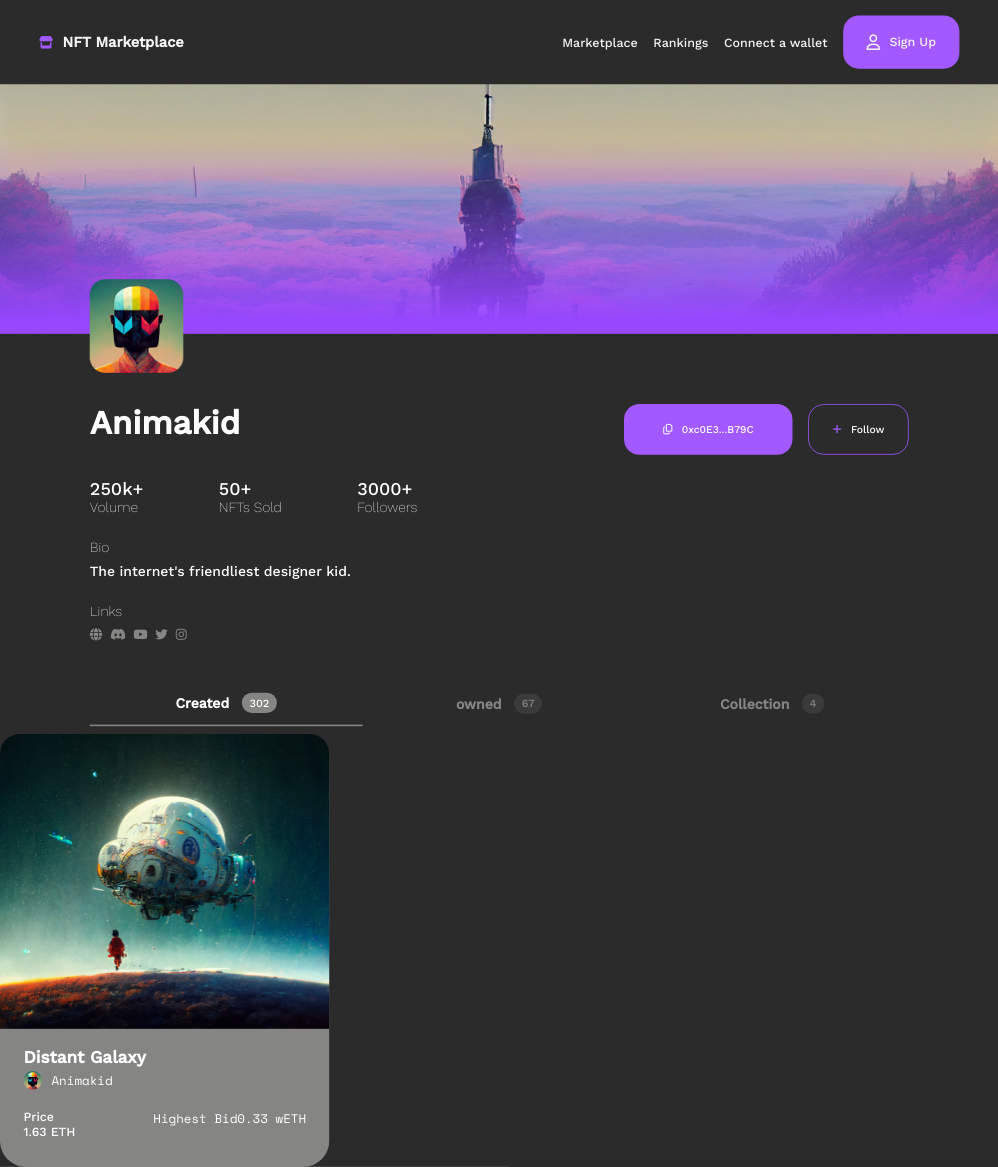
Repository: levananh202ht/NFT_Marketplace
Page: index.html
These files come from the project's save history. The page is drawn as it stood at one moment and after the next save; the edit follows.
The browser window is 1280 px wide. The pictures show the whole page, at 78% of full size.

Above is the page before, as saved 2023-12-10 15:17:45.

After the next save:
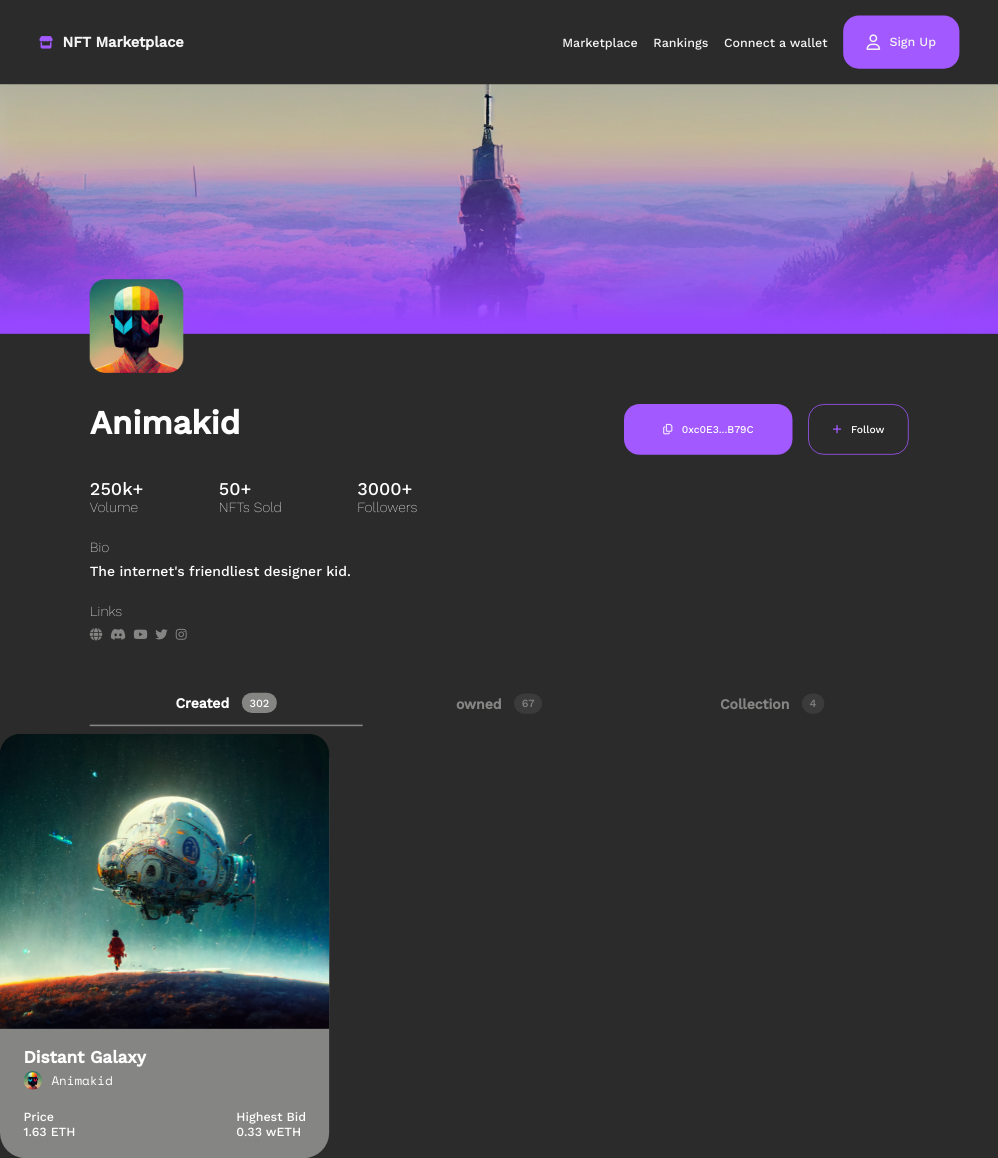
Saved 3 min 6 s later.
--- a/index.html
+++ b/index.html
@@ -152,14 +152,14 @@
                         <p>Animakid</p>
                     </div>
                     <div >
-                        <div>
+                        <span>
                             <p>Price</p>
                             <p>1.63 ETH</p>
-                        </div>
-                        <div>
+                        </span>
+                        <span>
                             <p>Highest Bid</p>
                             <p>0.33 wETH</p>
-                        </div>
+                        </span>
                     </div>
 
                 </div>
